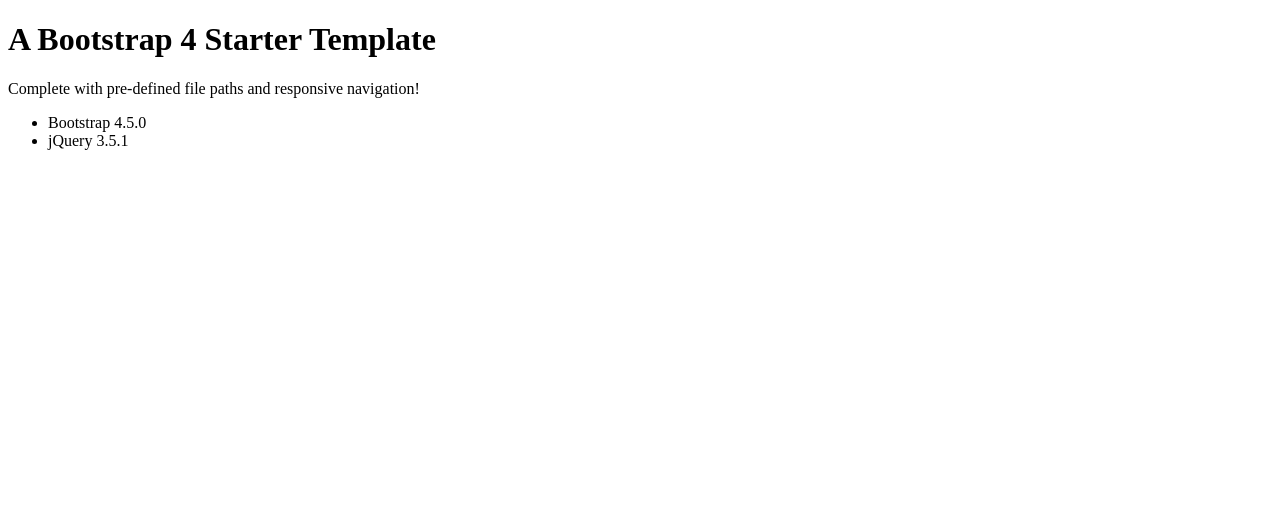
Repository: QuangThuanLion/Project_SpringMVC
Page: http://localhost/springweb-mvc/WEB-INF/views/web/contact.jsp
The author's editor kept a copy of each file at every save. The page is drawn from the files as they stood at one save, then again after the next save.
The browser window is 1280 px wide. The pictures show the whole page.
The page is served by Tomcat 9. Nobody is signed in. Other server files are loaded and not shown. The template is opened directly, without the code that normally fills it, so the values that code supplies are empty.

Above is the page before, as saved 2020-07-01 17:26:00.

### springweb-mvc/src/main/webapp/WEB-INF/views/web/contact.jsp
<%@ page language="java" contentType="text/html; charset=UTF-8" pageEncoding="UTF-8"%>
<!DOCTYPE html>
<html>
<head>
<meta charset="UTF-8">
<title>Liên hệ - Liên hệ của cửa hàng nội thất xe hơi</title>
</head>
<body>

	  <!-- Page Content -->
  <div class="container">
    <div class="row">
      <div class="col-lg-12 text-center">
        <h1 class="mt-5">A Bootstrap 4 Starter Template</h1>
        <p class="lead">Complete with pre-defined file paths and responsive navigation!</p>
        <ul class="list-unstyled">
          <li>Bootstrap 4.5.0</li>
          <li>jQuery 3.5.1</li>
        </ul>
      </div>
    </div>
  </div>

</body>
</html>

After the next save:
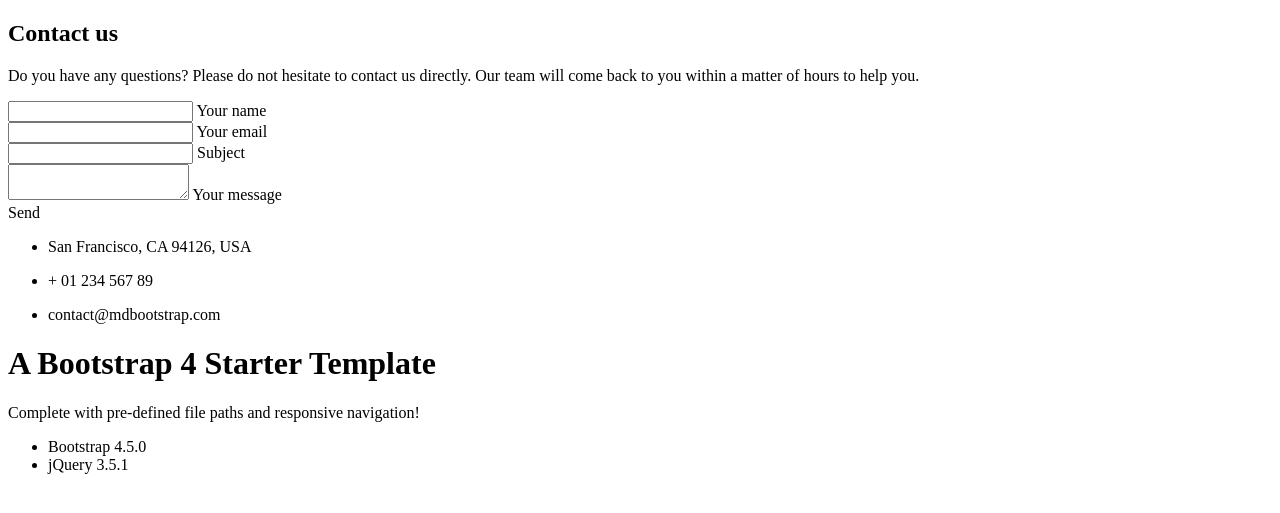
Saved 3 min 18 s later.
--- a/springweb-mvc/src/main/webapp/WEB-INF/views/web/contact.jsp
+++ b/springweb-mvc/src/main/webapp/WEB-INF/views/web/contact.jsp
@@ -6,6 +6,103 @@
 <title>Liên hệ - Liên hệ của cửa hàng nội thất xe hơi</title>
 </head>
 <body>
+
+	<!--Section: Contact v.2-->
+<section class="mb-4">
+
+    <!--Section heading-->
+    <h2 class="h1-responsive font-weight-bold text-center my-4">Contact us</h2>
+    <!--Section description-->
+    <p class="text-center w-responsive mx-auto mb-5">Do you have any questions? Please do not hesitate to contact us directly. Our team will come back to you within
+        a matter of hours to help you.</p>
+
+    <div class="row">
+
+        <!--Grid column-->
+        <div class="col-md-9 mb-md-0 mb-5">
+            <form id="contact-form" name="contact-form" action="mail.php" method="POST">
+
+                <!--Grid row-->
+                <div class="row">
+
+                    <!--Grid column-->
+                    <div class="col-md-6">
+                        <div class="md-form mb-0">
+                            <input type="text" id="name" name="name" class="form-control">
+                            <label for="name" class="">Your name</label>
+                        </div>
+                    </div>
+                    <!--Grid column-->
+
+                    <!--Grid column-->
+                    <div class="col-md-6">
+                        <div class="md-form mb-0">
+                            <input type="text" id="email" name="email" class="form-control">
+                            <label for="email" class="">Your email</label>
+                        </div>
+                    </div>
+                    <!--Grid column-->
+
+                </div>
+                <!--Grid row-->
+
+                <!--Grid row-->
+                <div class="row">
+                    <div class="col-md-12">
+                        <div class="md-form mb-0">
+                            <input type="text" id="subject" name="subject" class="form-control">
+                            <label for="subject" class="">Subject</label>
+                        </div>
+                    </div>
+                </div>
+                <!--Grid row-->
+
+                <!--Grid row-->
+                <div class="row">
+
+                    <!--Grid column-->
+                    <div class="col-md-12">
+
+                        <div class="md-form">
+                            <textarea type="text" id="message" name="message" rows="2" class="form-control md-textarea"></textarea>
+                            <label for="message">Your message</label>
+                        </div>
+
+                    </div>
+                </div>
+                <!--Grid row-->
+
+            </form>
+
+            <div class="text-center text-md-left">
+                <a class="btn btn-primary" onclick="document.getElementById('contact-form').submit();">Send</a>
+            </div>
+            <div class="status"></div>
+        </div>
+        <!--Grid column-->
+
+        <!--Grid column-->
+        <div class="col-md-3 text-center">
+            <ul class="list-unstyled mb-0">
+                <li><i class="fas fa-map-marker-alt fa-2x"></i>
+                    <p>San Francisco, CA 94126, USA</p>
+                </li>
+
+                <li><i class="fas fa-phone mt-4 fa-2x"></i>
+                    <p>+ 01 234 567 89</p>
+                </li>
+
+                <li><i class="fas fa-envelope mt-4 fa-2x"></i>
+                    <p>contact@mdbootstrap.com</p>
+                </li>
+            </ul>
+        </div>
+        <!--Grid column-->
+
+    </div>
+
+</section>
+<!--Section: Contact v.2-->
 
 	  <!-- Page Content -->
   <div class="container">
